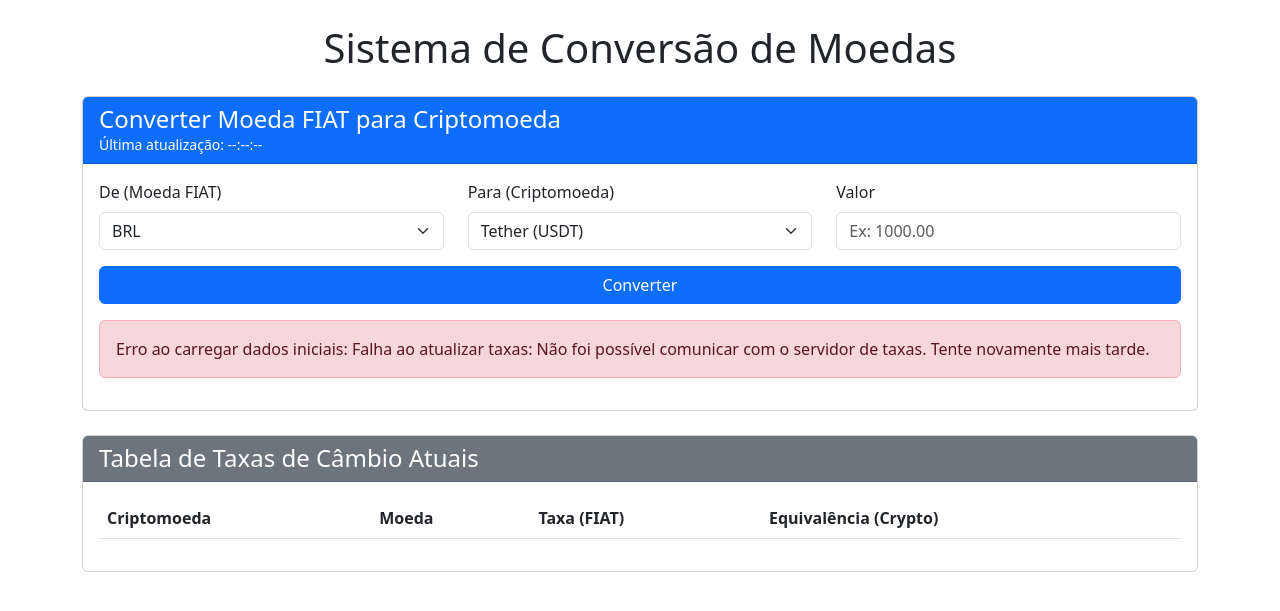
Repository: victorvilanova/crypto-convert-system
Page: index.html
These files come from the project's save history. The page is drawn as it stood at one moment and after the next save; the edit follows.
The browser window is 1280 px wide. The pictures show the whole page.
The page's requests for data from a server got no answer.

Above is the page before, as saved 2025-04-10 18:51:02.

After the next save:
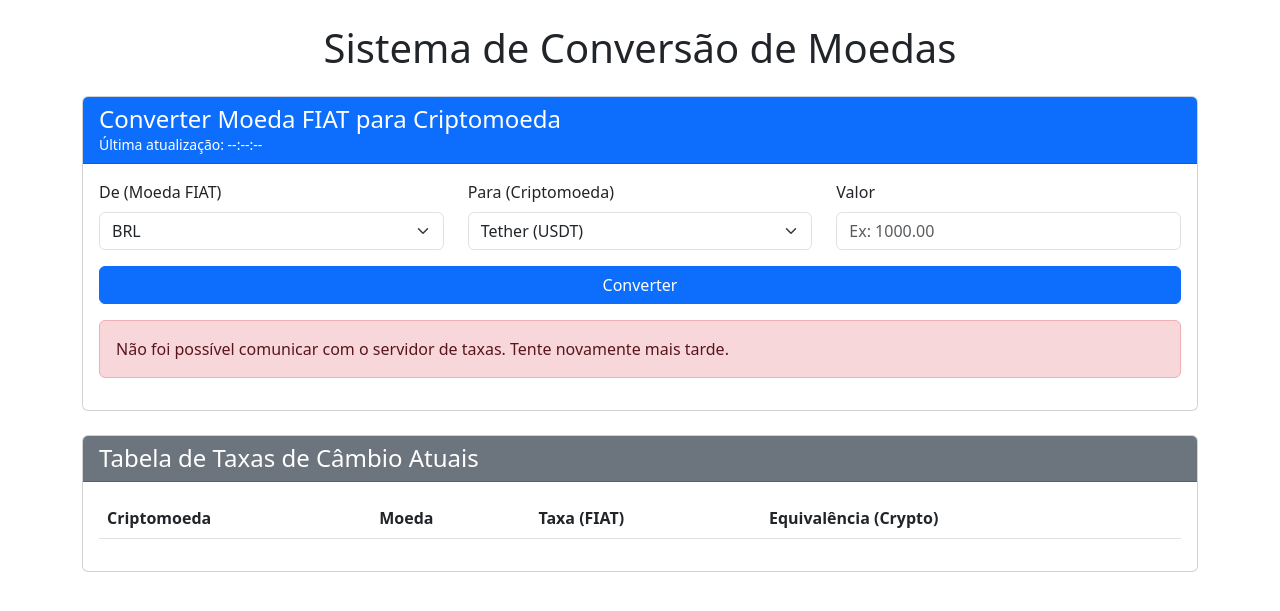
Saved 51 s later.
--- a/assets/js/controllers/CryptoController.js
+++ b/assets/js/controllers/CryptoController.js
@@ -4,27 +4,80 @@
  */
 import CryptoModel from '../models/CryptoModel.js';
 import CryptoView from '../views/CryptoView.js';
+import PerformanceUtils from '../utils/PerformanceUtils.js';
 
 export default class CryptoController {
   constructor() {
     this.model = new CryptoModel();
     this.view = new CryptoView();
     this.updateInterval = null;
-    this.updateFrequencyMs = 60000; // Atualiza a cada 1 minuto
+
+    // Usa o utilitário de performance para determinar o intervalo de atualização
+    this.updateFrequencyMs = PerformanceUtils.getRecommendedUpdateInterval();
+
+    // Aplica debounce na função de conversão
+    this.debouncedConvert = PerformanceUtils.debounce(
+      this.handleConvert.bind(this),
+      500
+    );
   }
 
   /**
    * Inicializa o controlador
    */
   init() {
-    // Configura os event listeners
-    this.view.initEventListeners(this.handleConvert.bind(this));
+    // Configura os event listeners com funções debounced
+    this.view.initEventListeners(this.debouncedConvert);
+
+    // Adiciona listener para o botão de atualização forçada
+    this.setupForceUpdateButton();
 
     // Carrega os dados iniciais
     this.loadInitialData();
 
     // Configura atualização automática das taxas
     this.setupAutoUpdate();
+
+    // Detecta modo offline/online
+    this.setupConnectivityListener();
+  }
+
+  /**
+   * Configura o listener para o botão de atualização forçada
+   */
+  setupForceUpdateButton() {
+    const forceUpdateBtn = document.getElementById('forceUpdateBtn');
+    if (forceUpdateBtn) {
+      forceUpdateBtn.addEventListener('click', async () => {
+        try {
+          this.view.showLoading();
+          // Limpa o cache antes de atualizar
+          this.model.clearRatesCache();
+          await this.updateRates();
+          this.updateRatesTable();
+          this.view.displayMessage('Taxas atualizadas com sucesso!', 'success');
+        } catch (error) {
+          this.view.displayError(error.message);
+        } finally {
+          this.view.hideLoading();
+        }
+      });
+    }
+  }
+
+  /**
+   * Configura listener para detectar conectividade
+   */
+  setupConnectivityListener() {
+    window.addEventListener('online', () => {
+      this.view.hideOfflineAlert();
+      // Atualiza as taxas quando voltar a ficar online
+      this.updateRates().then(() => this.updateRatesTable());
+    });
+
+    window.addEventListener('offline', () => {
+      this.view.showOfflineAlert();
+    });
   }
 
   /**
@@ -48,8 +101,10 @@ export default class CryptoController {
       // Atualiza a tabela de taxas
       this.updateRatesTable();
 
+      // Define valor inicial do campo
+      this.view.setInitialAmount(100);
     } catch (error) {
-      this.view.displayError('Erro ao carregar dados iniciais: ' + error.message);
+      this.view.displayError(error.message);
       console.error('Error loading initial data:', error);
     } finally {
       this.view.hideLoading();
@@ -68,13 +123,15 @@ export default class CryptoController {
     // Configura novo intervalo para atualização de taxas
     this.updateInterval = setInterval(async () => {
       try {
+        // Não atualizamos se estiver offline
+        if (!navigator.onLine) return;
+
         await this.updateRates();
         // Atualiza a tabela de taxas a cada atualização
         this.updateRatesTable();
         console.log('Taxas atualizadas automaticamente');
       } catch (error) {
         console.error('Erro ao atualizar taxas:', error);
-        // Não mostramos o erro na UI para não interromper a experiência do usuário
       }
     }, this.updateFrequencyMs);
   }
@@ -88,7 +145,7 @@ export default class CryptoController {
       this.view.updateLastUpdateTime();
       return true;
     } catch (error) {
-      throw new Error('Falha ao atualizar taxas: ' + error.message);
+      throw new Error(error.message);
     }
   }
 
@@ -110,25 +167,20 @@ export default class CryptoController {
       // Obtem os valores do formulário
       const { fromCurrency, toCrypto, amount } = this.view.getFormValues();
 
-      // Validações
-      if (!amount || amount <= 0) {
-        throw new Error('Por favor, informe um valor válido para conversão');
-      }
-
-      // Tenta atualizar as taxas antes da conversão para ter dados atualizados
-      await this.updateRates();
-
       // Realiza a conversão de FIAT para cripto
-      const convertedAmount = this.model.convert(fromCurrency, toCrypto, amount);
+      const convertedAmount = this.model.convert(
+        fromCurrency,
+        toCrypto,
+        amount
+      );
 
       // Exibe o resultado
       this.view.displayResult({
         fromCurrency,
         toCrypto,
         amount,
-        convertedAmount
+        convertedAmount,
       });
-
     } catch (error) {
       this.view.displayError(error.message);
       console.error('Conversion error:', error);
@@ -145,5 +197,9 @@ export default class CryptoController {
       clearInterval(this.updateInterval);
       this.updateInterval = null;
     }
+
+    // Remove event listeners
+    window.removeEventListener('online', this.handleOnline);
+    window.removeEventListener('offline', this.handleOffline);
   }
 }
